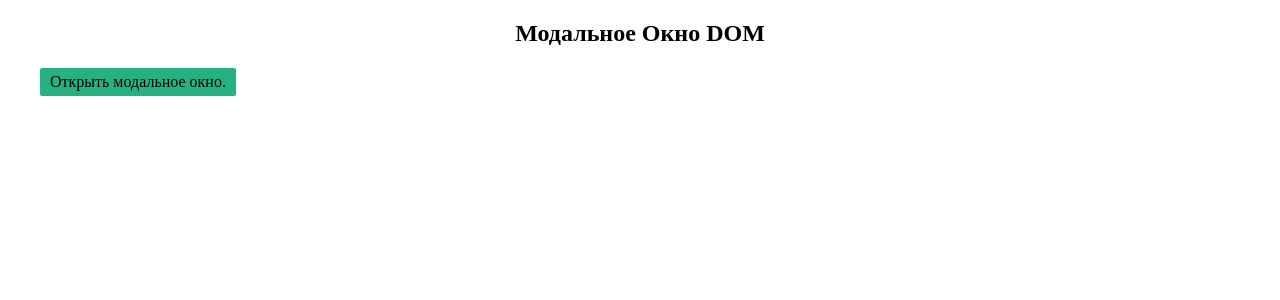
Repository: NastyaGavrilova/Beetroot-js
Page: HW7/modalWindow/modal.html
An editor plug-in stored every save of this project. The page is shown before and after the next save, followed by the edit.
The browser window is 1280 px wide. The pictures show the whole page.

Above is the page before, as saved 2021-10-25 14:46:11.

After the next save:
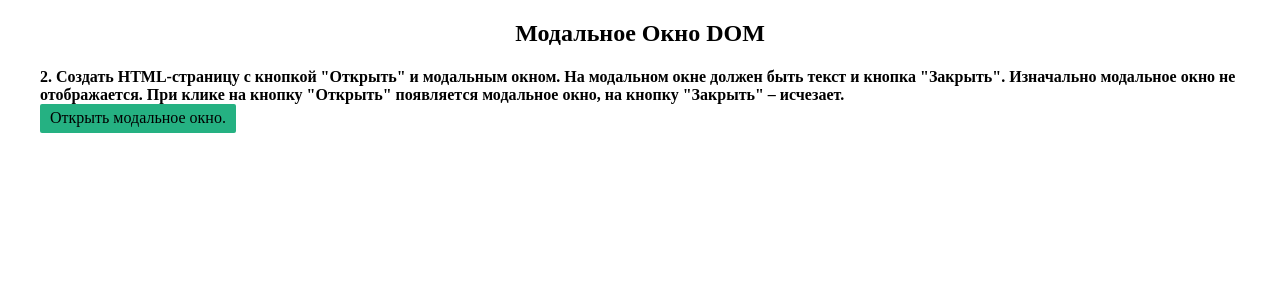
Saved 19 s later.
--- a/HW7/modalWindow/modal.html
+++ b/HW7/modalWindow/modal.html
@@ -23,7 +23,14 @@
     <!-- Триггер/Открыть модальный -->
     <div class="c-task">
       <div class="c-task__wrapper">
-        <div class="c-task__tit"></div>
+        <div class="c-task__tite">
+          <h4>
+            2. Создать HTML-страницу с кнопкой "Открыть" и модальным окном. На
+            модальном окне должен быть текст и кнопка "Закрыть". Изначально
+            модальное окно не отображается. При клике на кнопку "Открыть"
+            появляется модальное окно, на кнопку "Закрыть" – исчезает.
+          </h4>
+        </div>
         <button id="js-btn">Открыть модальное окно.</button>
       </div>
     </div>
